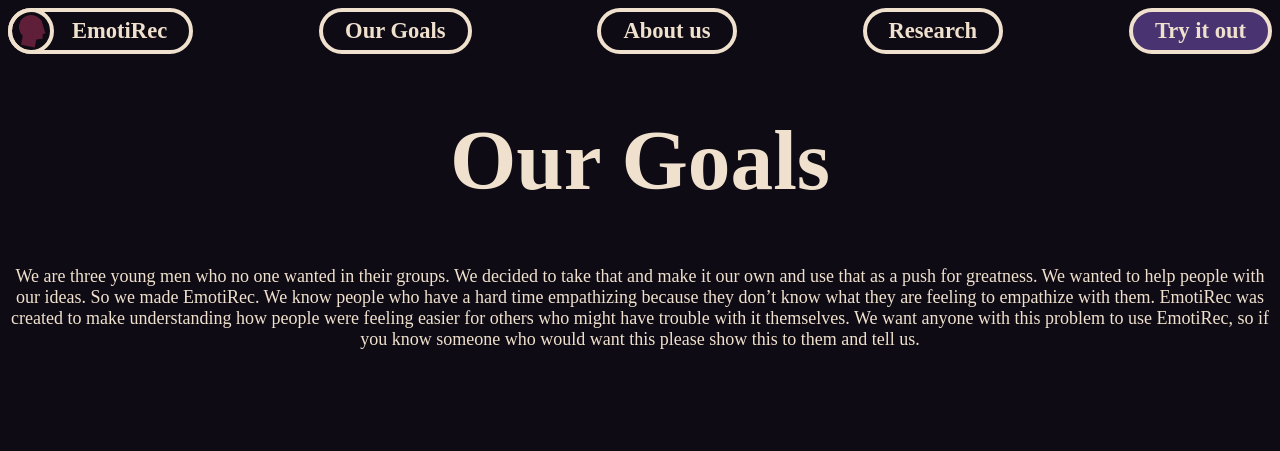
Repository: Backbranch/EmoRecog---Research-Project-2024
Page: Pages/Our_Goals/index.html
An editor plug-in stored every save of this project. The page is shown before and after the next save, followed by the edit.
The browser window is 1280 px wide. The pictures show the whole page.
Some web fonts or font styles are not loaded; a fallback is used.

Above is the page before, as saved 2024-04-11 20:46:11.

After the next save:
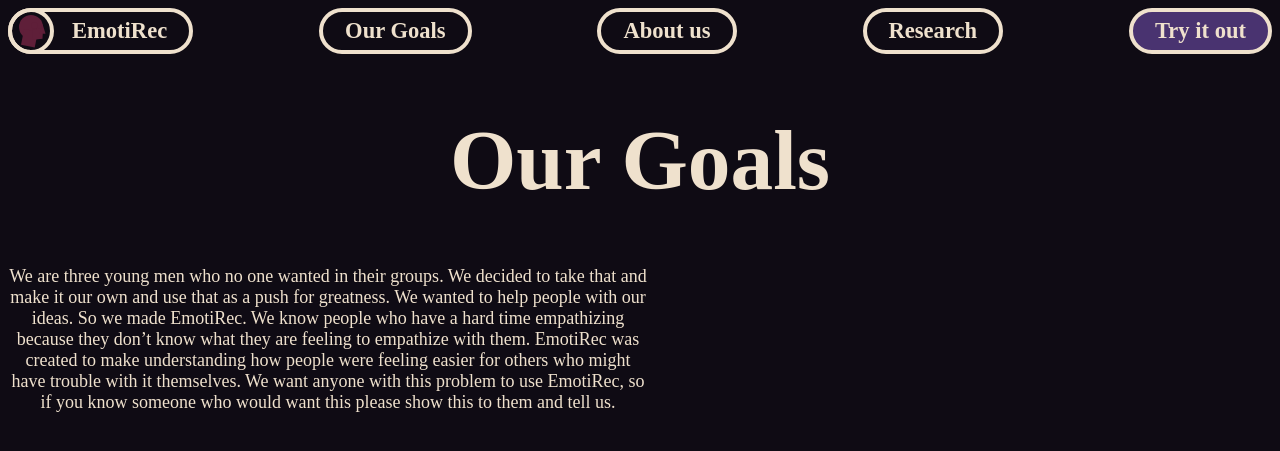
Saved 50 s later.
--- a/Pages/Our_Goals/style.css
+++ b/Pages/Our_Goals/style.css
@@ -29,9 +29,11 @@
 }
 
 p{
+  display: block;
   color: #EFE1CD;
   font-size: 18px;
   font-family: Oxygen Mono;
   font-weight: 400;
-  word-wrap: break-word
+  word-wrap: break-word;
+  width: 640px;
 }
